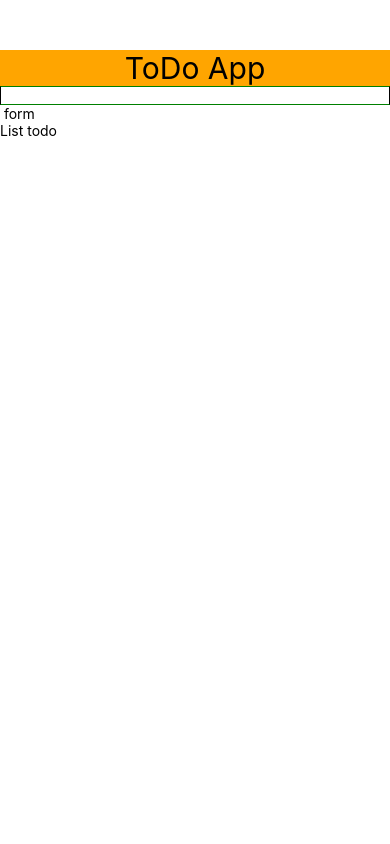
Repository: Ducbii4202/React-Native
Screen: /
An editor plug-in stored every save of this project. The screen is shown before and after the next save, followed by the edit.
The app was drawn by React Native's web renderer in a window 390 px wide. The project was rebuilt for these pictures with package versions that can differ from the ones it lists, and the page was loaded fresh each time.

Above is the screen before, as saved 2024-09-15 21:04:49.

### App.tsx

import { useState } from 'react';
import { Button, FlatList, ScrollView, StyleSheet, Text, TextInput, View } from 'react-native';

export default function App() {


  return (
    <View style={styles.container}>
      <Text style={styles.header}>ToDo App</Text>

      {/* form */}
      <View>
        <TextInput
        style={{borderWidth:1, borderBlockColor: 'green'}}
        />
        <Text> form</Text>
      </View>

      {/* list todo */}
      <View>
        <Text>List todo</Text>
      </View>

    </View>
  );
}


//css in js
const styles = StyleSheet.create({
  container: {
    flex: 1,
    backgroundColor: '#fff',
    paddingTop: 50,
    // alignItems: 'center',
    // justifyContent: 'center',
  },
  header: {
    backgroundColor: 'orange',
    paddingHorizontal: 20,
    textAlign: 'center',
    fontSize: 30,
  }

});

After the next save:
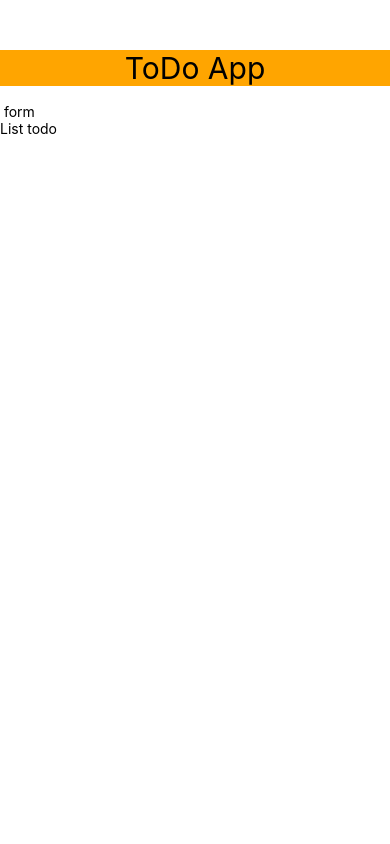
Saved 40 s later.
--- a/App.tsx
+++ b/App.tsx
@@ -12,7 +12,7 @@
       {/* form */}
       <View>
         <TextInput
-        style={{borderWidth:1, borderBlockColor: 'green'}}
+        style={{}}
         />
         <Text> form</Text>
       </View>
@@ -41,6 +41,9 @@
     paddingHorizontal: 20,
     textAlign: 'center',
     fontSize: 30,
+  },
+  todoInput: {
+    borderWidth:1, borderBlockColor: 'green'
   }
 
 });

After the 2 saves that followed:
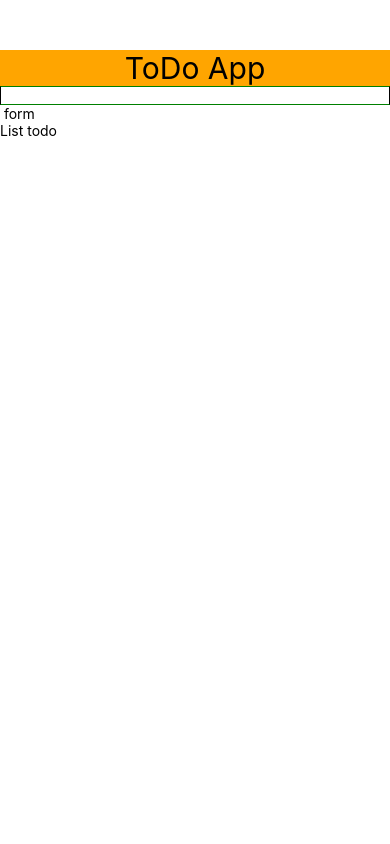
The 2 saves are shown as one change because 1 left the picture as it was.
The last was saved 21 s later.
--- a/App.tsx
+++ b/App.tsx
@@ -12,7 +12,7 @@
       {/* form */}
       <View>
         <TextInput
-        style={{}}
+        style={styles.todoInput}
         />
         <Text> form</Text>
       </View>
@@ -43,7 +43,8 @@
     fontSize: 30,
   },
   todoInput: {
-    borderWidth:1, borderBlockColor: 'green'
+    borderWidth: 1,
+    borderBlockColor: 'green'
   }
 
 });
